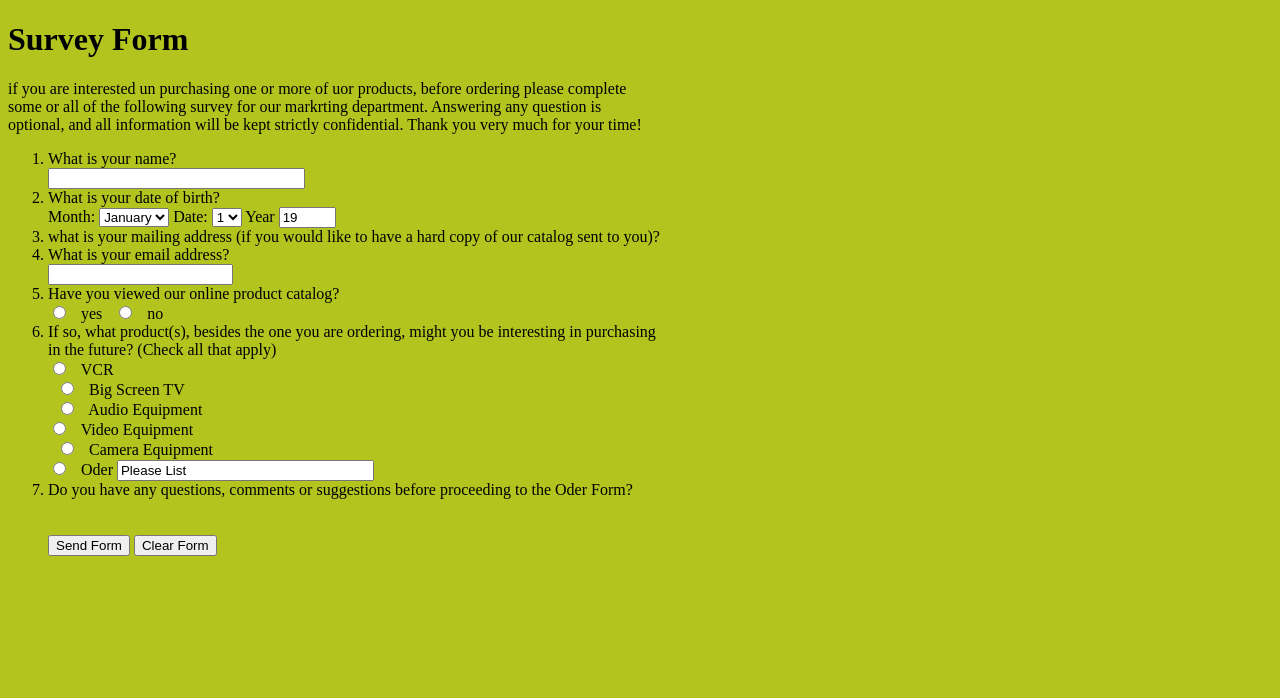
Repository: PhamChiXuan1/HTCNW_tuan3_DHCNTT16C_PhamChiXuan_20030131
Page: bt17.html
The author's editor kept a copy of each file at every save. The page is drawn from the files as they stood at one save, then again after the next save.
The browser window is 1280 px wide. The pictures show the whole page.

Above is the page before, as saved 2022-02-27 23:00:42.

After the next save:
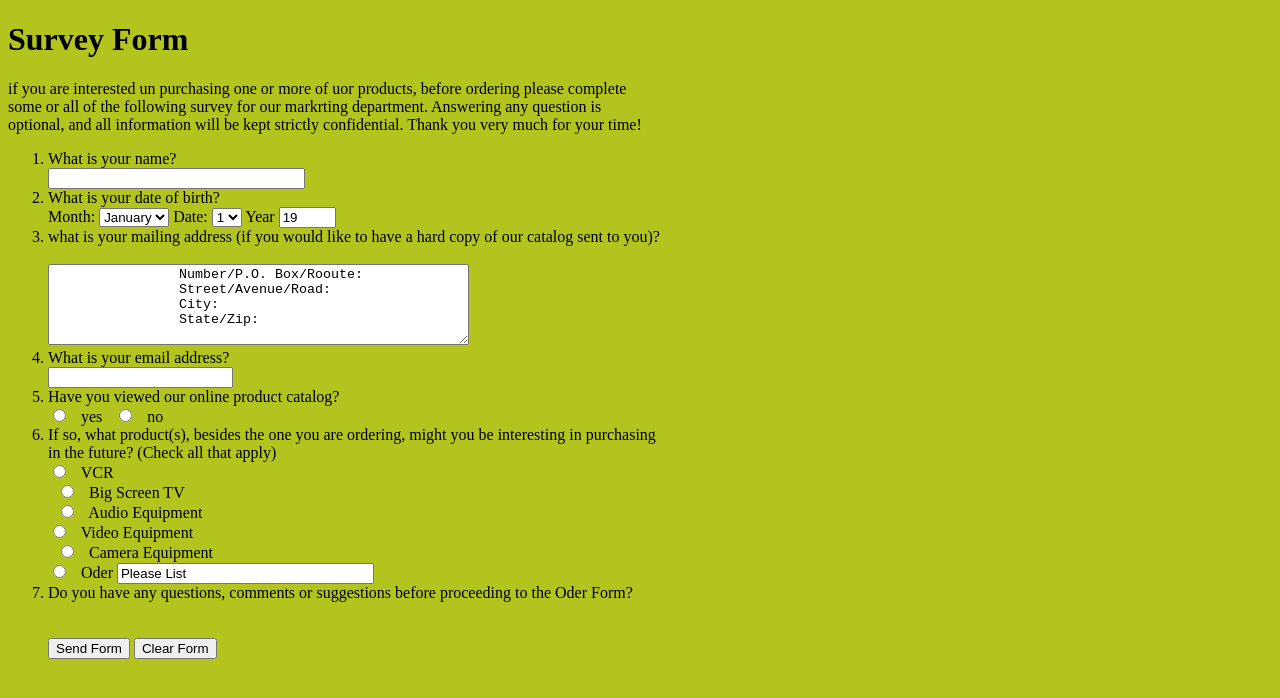
Saved 6 min 31 s later.
--- a/bt17.html
+++ b/bt17.html
@@ -28,6 +28,12 @@
             <input type="text" id="" name="" size="4" value="19">
 
             <li>what is your mailing address (if you would like to have a hard copy of our catalog sent to you)?</li>
+            <br> <textarea cols="50" rows="5" style="text-align:left">
+                Number/P.O. Box/Rooute:
+                Street/Avenue/Road:
+                City:
+                State/Zip:
+                                        </textarea>
 
             <li>What is your email address?</li>
             <form>
